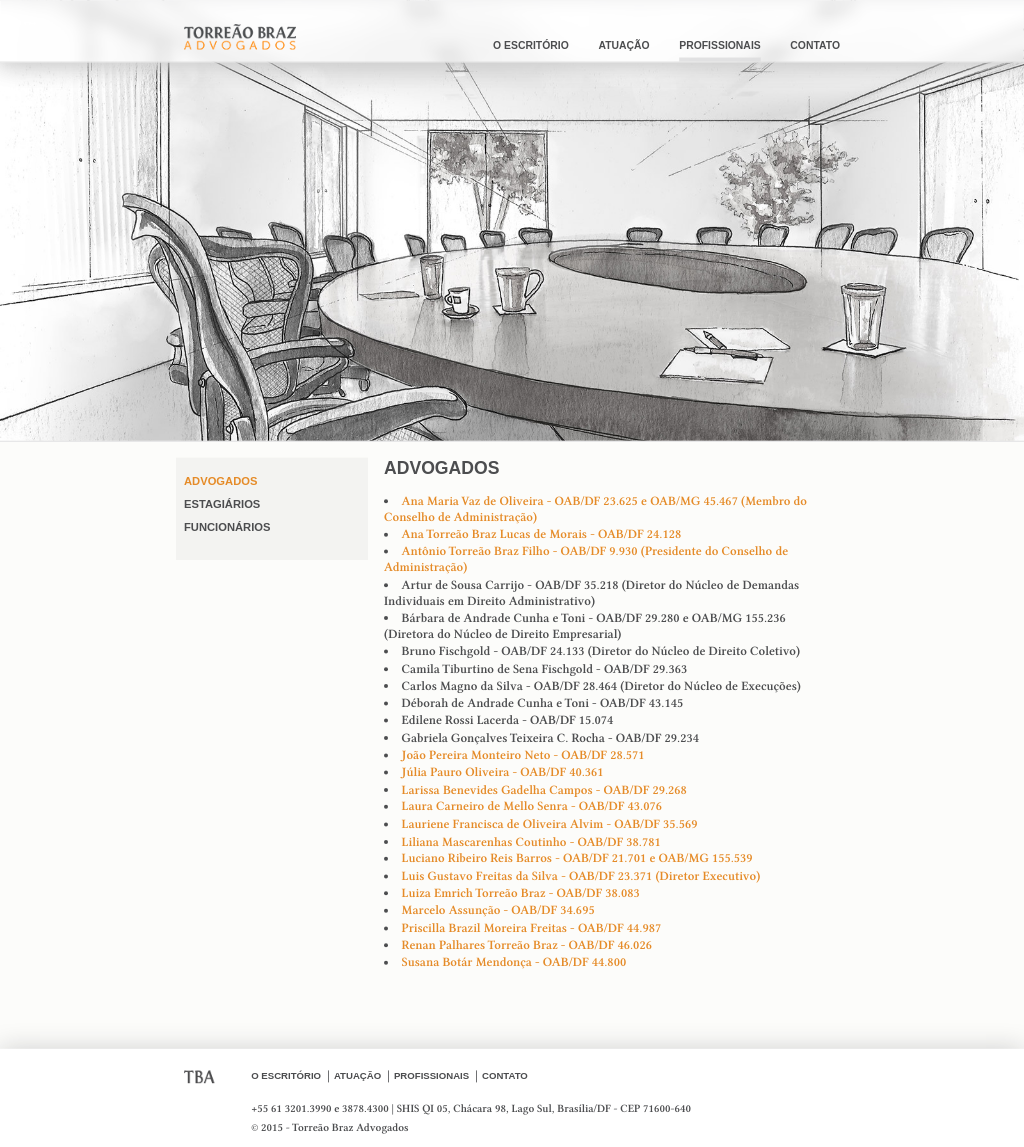
Repository: flira/torreao-braz
Page: dev/profissionais.html
The author's editor kept a record of every edit. The page is drawn from the files as they stood at one moment, then again after the next edit.
The browser window is 1280 px wide. The pictures show the whole page, at 80% of full size.
Some web libraries are served in a nearby version.

Above is the page before.

After the next edit:
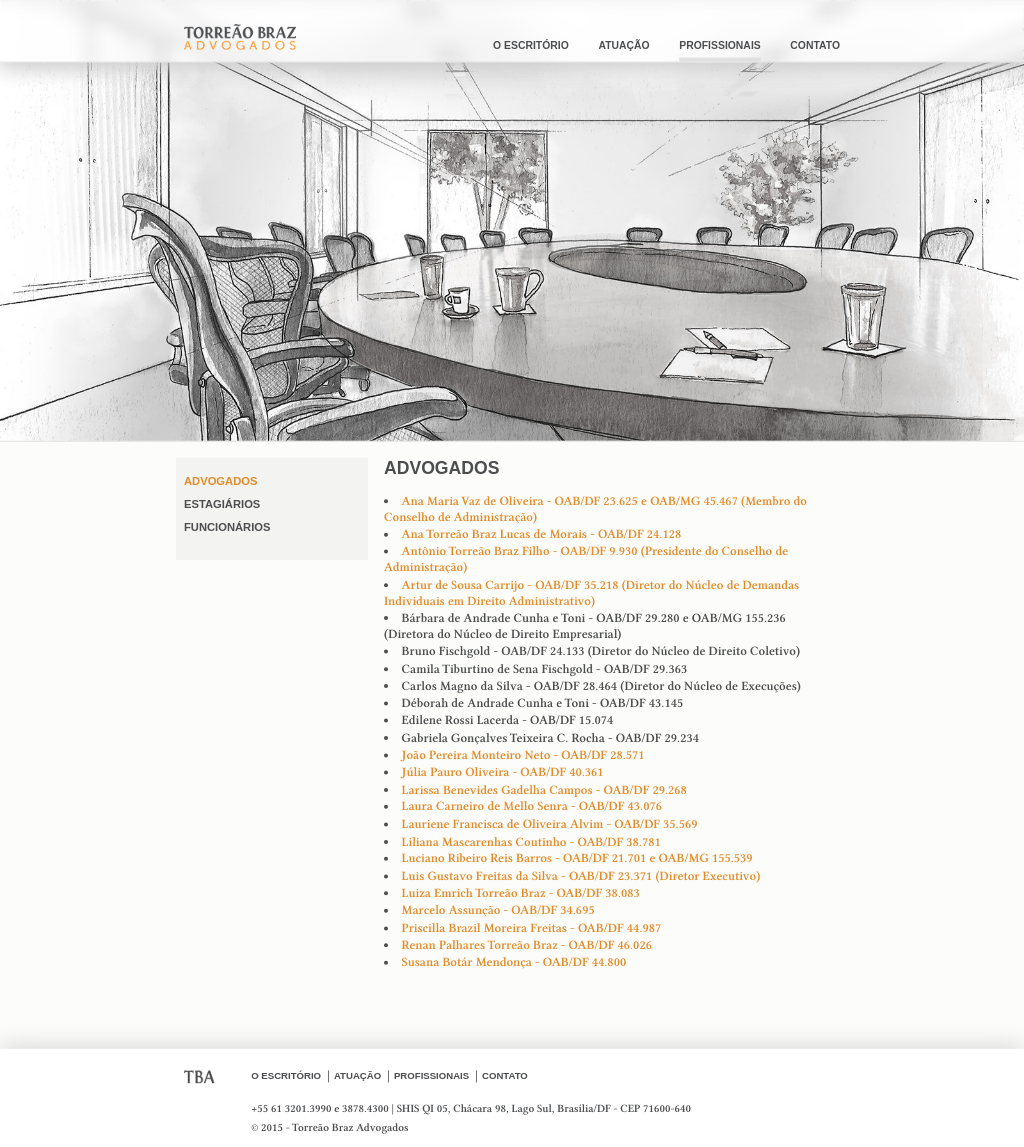
The edit:
--- a/dev/profissionais.html
+++ b/dev/profissionais.html
@@ -100,7 +100,7 @@
                 </div>
             </li>
             <li class="accordion">
-              <span>Artur de Sousa Carrijo - OAB/DF 35.218 (Diretor do Núcleo de Demandas Individuais em Direito Administrativo)</span>
+              <a href="#" class="portfolio">Artur de Sousa Carrijo - OAB/DF 35.218 (Diretor do Núcleo de Demandas Individuais em Direito Administrativo)</a>
                 <div>
                   <div class="content">
                     <a href="mailto:artur@torreaobraz.com.br" class="email">artur@torreaobraz.com.br</a>
